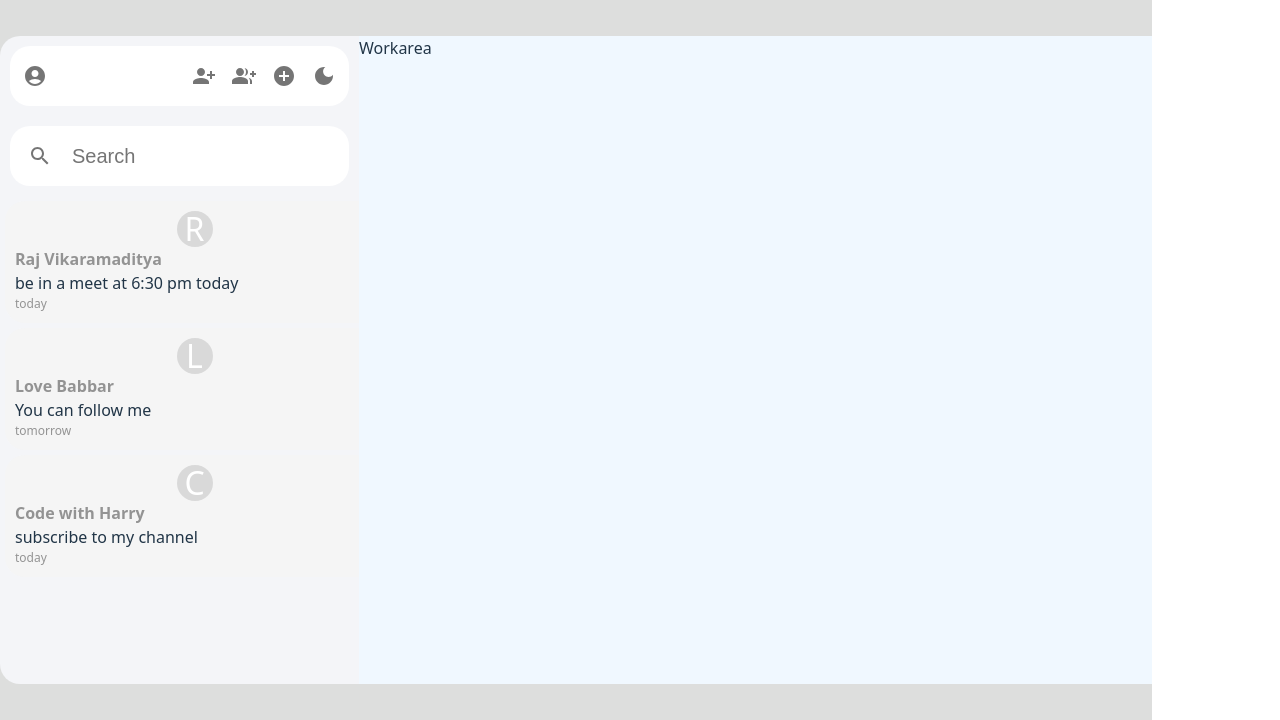
Repository: rahul-chakradhari/chat_app
Page: /
The author's editor kept a copy of each file at every save. The page is drawn from the files as they stood at one save, then again after the next save.
The browser window is 1280 px wide. The pictures show the whole page.
The project was rebuilt for these pictures with package versions that can differ from the ones it lists, and the page was loaded fresh each time.

Above is the page before, as saved 2025-02-27 15:32:19.

After the next save:
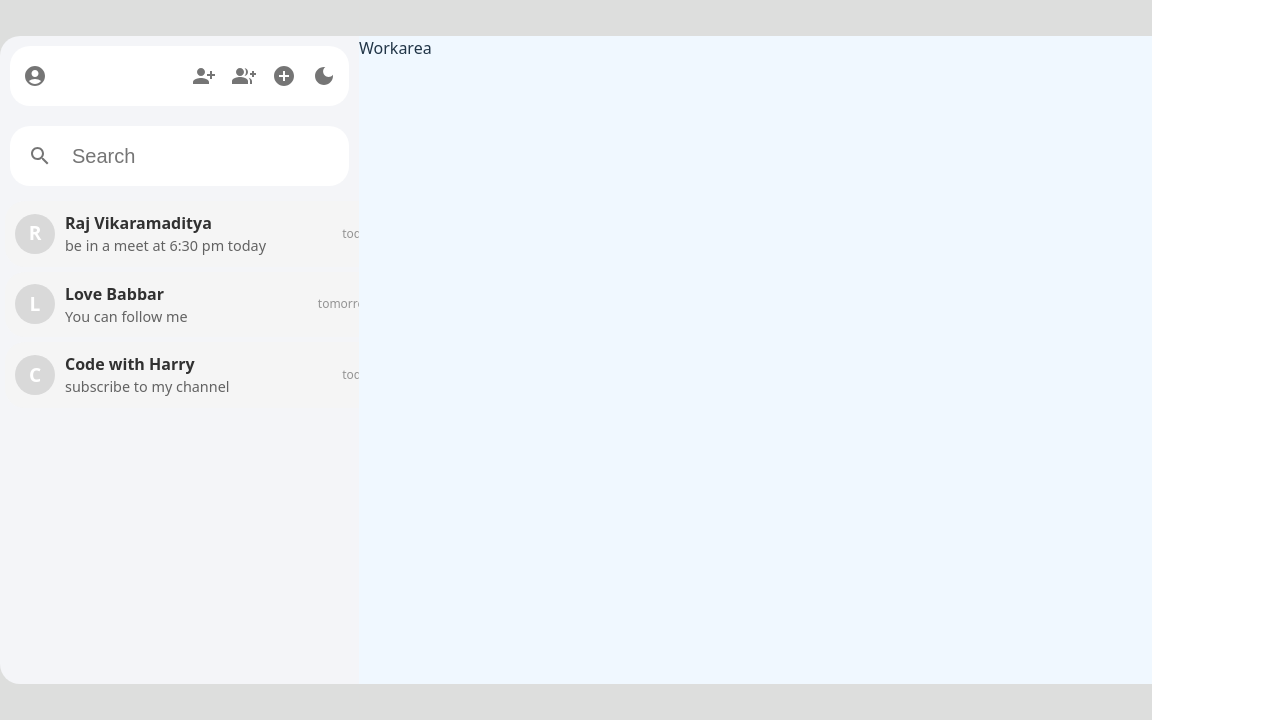
Saved 1 s later.
--- a/src/components/Mystyles.css
+++ b/src/components/Mystyles.css
@@ -45,39 +45,48 @@
 }
 .conversationitem {
   display: flex;
-  flex-direction: column; /* Messages ko ek ke neeche ek set karega */
+  align-items: center; /* Items ko vertical center align karega */
+  gap: 10px; /* Icon aur text ke beech gap */
   padding: 10px;
   margin: 5px;
   border-radius: 20px;
-  background-color: #f5f5f5; /* Light background for better visibility */
-  width: 100%; /* Full width */
+  background-color: #f5f5f5; /* Light background */
+  width: 100%;
 }
 
 .icon {
-  grid-area: 1/1/3/2;
   display: flex;
   justify-content: center;
   align-items: center;
   background-color: #d9d9d9;
-  font-size: 2rem;
+  font-size: 1.2rem;
+  font-weight: bold;
   color: white;
-  height: 32px;
-  width: 32px;
-  padding: 2px;
+  height: 40px;
+  width: 40px;
   border-radius: 50%;
-  justify-self: center;
-  align-self: center;
+  flex-shrink: 0; /* Icon ka size maintain rahega */
 }
+
+.conversation-text {
+  display: flex;
+  flex-direction: column;
+  flex-grow: 1; /* Ye ensure karega ki text area full width le */
+}
+
 .title {
-  grid-area: 1/2/2/4;
   font-weight: bold;
-  color: rgba(0, 0, 0, 0.4);
+  font-size: 1rem;
+  color: rgba(0, 0, 0, 0.8);
 }
+
+.message {
+  font-size: 0.9rem;
+  color: rgba(0, 0, 0, 0.6);
+}
+
 .time {
-  justify-self: flex-end;
   font-size: 0.75rem;
   color: rgba(0, 0, 0, 0.4);
+  flex-shrink: 0; /* Time ka size fix rahe */
 }
-.message {
-  font-size: 0.5 rem;
-}
